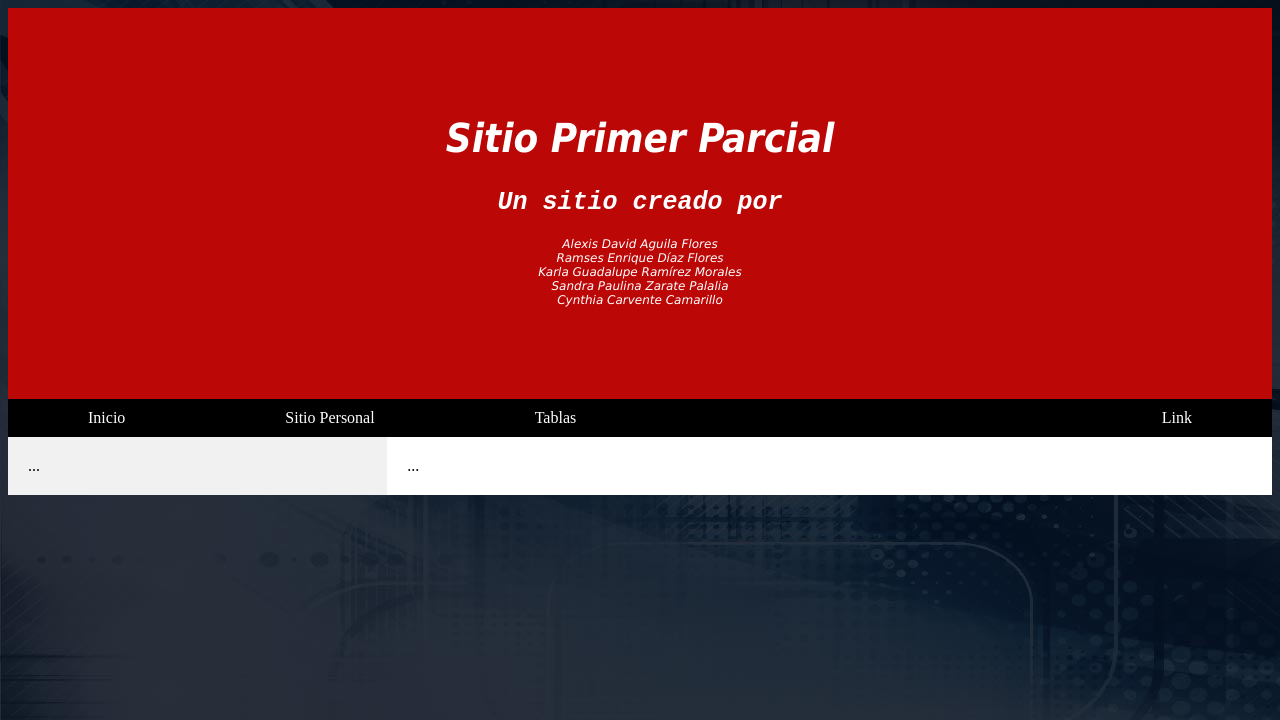
Repository: Dogueen/miniProyectoUniversidad
Page: miniProyecto/pages/inicio.html
The author's editor kept a copy of each file at every save. The page is drawn from the files as they stood at one save, then again after the next save.
The browser window is 1280 px wide. The pictures show the whole page.

Above is the page before, as saved 2023-10-27 18:56:53.

### miniProyecto/pages/inicio.html
<!DOCTYPE html>
<html lang="es">

    <head>
        <title>Inicio</title>
        <meta charset="UTF-8">
        <meta name="viewport" content="width=device-width, initial-scale=1">
        <link rel="stylesheet" type="text/css" href="styles/inicio.css" />

        <style>
     </style>
    </head>

    <body>

        <div class="header">
            <h1>Sitio Primer Parcial</h1>
            <h2> Un sitio creado por</h2>
            <dl>
                <dt>Alexis David Aguila Flores</dt>
                <dt>Ramses Enrique Díaz Flores</dt>
                <dt>Karla Guadalupe Ramírez Morales</dt>
                <dt>Sandra Paulina Zarate Palalia</dt>
                <dt>Cynthia Carvente Camarillo</dt>
            </dl>
        </div>

        <div class="navbar">
            <a href="pages/inicio.html">Inicio</a>
            <a href="pages/personal.html">Sitio Personal</a>
            <a href="pages/tablas.html">Tablas</a>
            <a href="principal.html" class="right">Link</a>
        </div>

        <div class="row">
            <div class="side">...</div>
            <div class="main">...</div>
        </div>

    </body>

</html>

### miniProyecto/styles/inicio.css
body {
    background-image: url("images/bg-img.jpg");

}

.header {
    padding: 80px;
    /* some padding */
    text-align: center;
    /* center the text */
    background: #bc0707;
    /* green background */
    color: white;
    /* white text color */
}

/* Increase the font size of the <h1> element */
.header h1  {
    font-size: 40px;
    font-style: italic ;
    font-family: Tahoma ;

}

.header h2  {
    font-size: 25px;
    font-style: italic ;
    font-family: monospace;

}

.header dl  {
    font-size: 12px;
    font-style: italic ;
    font-family: Verdana, Geneva, Tahoma, sans-serif;

}

/* Style the top navigation bar */
.navbar {
    overflow: hidden;
    /* Hide overflow */
    background-color: #000000;
    /* Dark background color */
}

/* Style the navigation bar links */
.navbar a {
    float: left;
    /* Make sure that the links stay side-by-side */
    display: block;
    /* Change the display to block, for responsive reasons (see below) */
    color: white;
    /* White text color */
    text-align: center;
    /* Center the text */
    padding: 10px 80px;
    /* Add some padding */
    text-decoration: none;
    /* Remove underline */
}

.navbar a:hover {
    background-color: #ddd;
    /* Grey background color */
    color: black;
    /* Black text color */
}

.navbar a.right {
    float: right; /* Float a link to the right */
  }


* {
    box-sizing: border-box;
}

/* Column container */
.row {
    display: flex;
    flex-wrap: wrap;
}

/* Create two unequal columns that sits next to each other */
/* Sidebar/left column */
.side {
    flex: 30%;
    /* Set the width of the sidebar */
    background-color: #f1f1f1;
    /* Grey background color */
    padding: 20px;
    /* Some padding */
}

/* Main column */
.main {
    flex: 70%;
    /* Set the width of the main content */
    background-color: white;
    /* White background color */
    padding: 20px;
    /* Some padding */
}

/* Responsive layout - when the screen is less than 700px wide, make the two columns stack on top of each other instead of next to each other */
@media screen and (max-width: 700px) {
    .row {
      flex-direction: column;
    }
  }

  /* Responsive layout - when the screen is less than 400px wide, make the navigation links stack on top of each other instead of next to each other */
  @media screen and (max-width: 400px) {
    .navbar a {
      float: none;
      width: 100%;
    }
  }

After the next save:
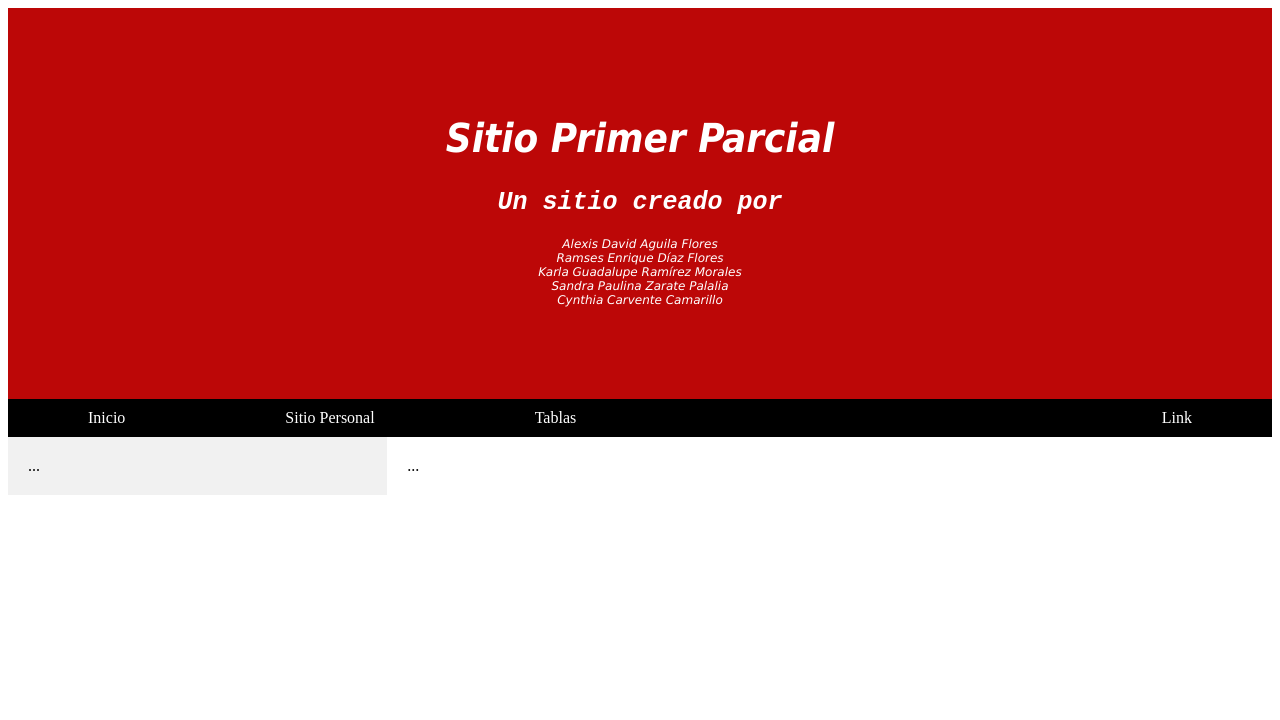
Saved 15 s later.
--- a/miniProyecto/styles/inicio.css
+++ b/miniProyecto/styles/inicio.css
@@ -1,7 +1,4 @@
-body {
-    background-image: url("images/bg-img.jpg");
 
-}
 
 .header {
     padding: 80px;
